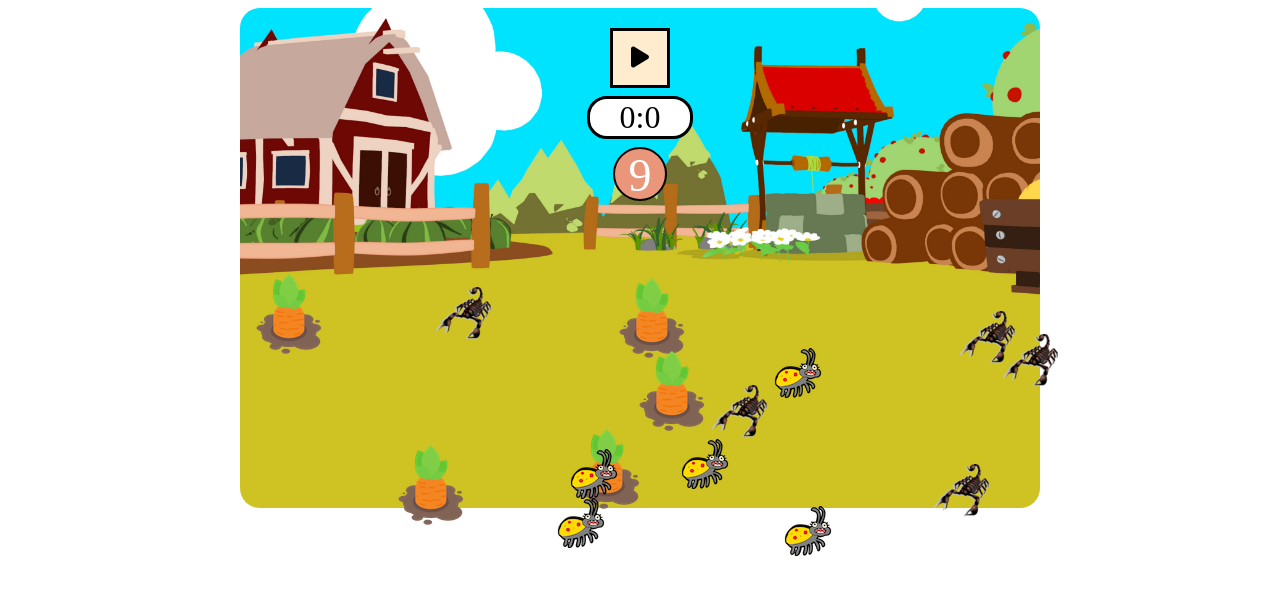
Repository: ggandory/browser101
Page: chapter7/carrot/index.html
An editor plug-in stored every save of this project. The page is shown before and after the next save, followed by the edit.
The browser window is 1280 px wide. The pictures show the whole page.
Some web libraries are served in a nearby version.

Above is the page before, as saved 2024-05-02 00:05:05.

After the next save:
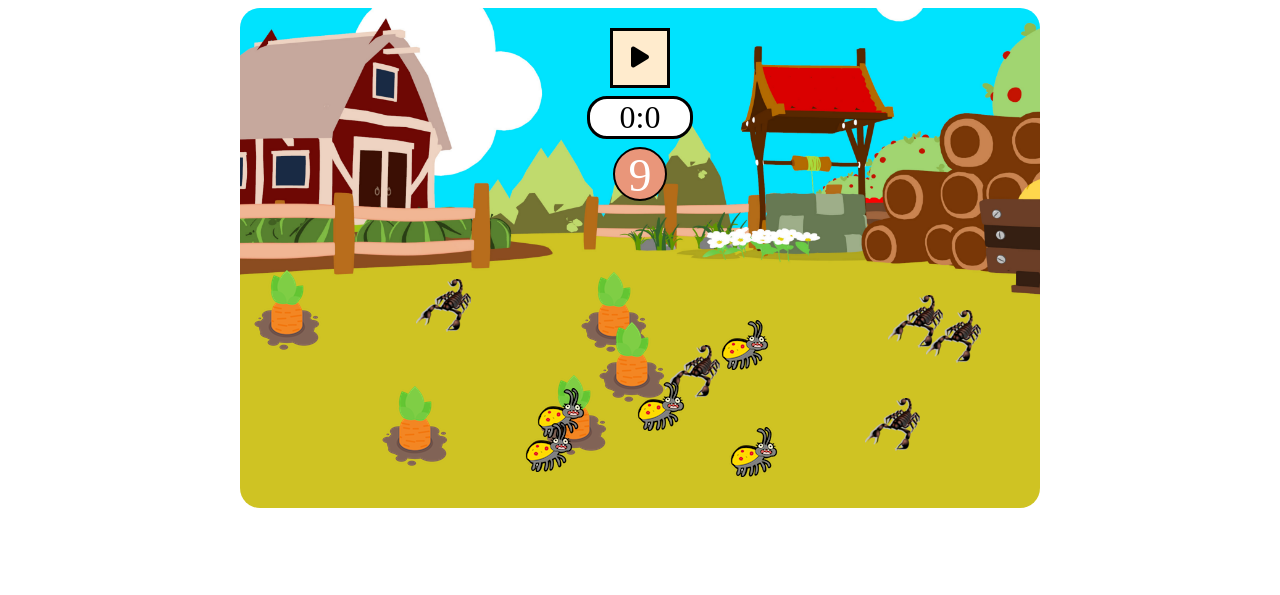
Saved 2 min 59 s later.
--- a/chapter7/carrot/main.js
+++ b/chapter7/carrot/main.js
@@ -1,5 +1,6 @@
 "use strict";
 
+const CARROT_SIZE = 80;
 const field = document.querySelector(".game_field");
 const fieldRect = field.getBoundingClientRect();
 
@@ -14,8 +15,8 @@ function initGame() {
 function addItem(className, count, imgPath) {
   const x1 = 0;
   const y1 = 0;
-  const x2 = fieldRect.width;
-  const y2 = fieldRect.height;
+  const x2 = fieldRect.width - CARROT_SIZE;
+  const y2 = fieldRect.height - CARROT_SIZE;
   for (let i = 0; i < count; i++) {
     const item = document.createElement("img");
     item.setAttribute("class", className);
